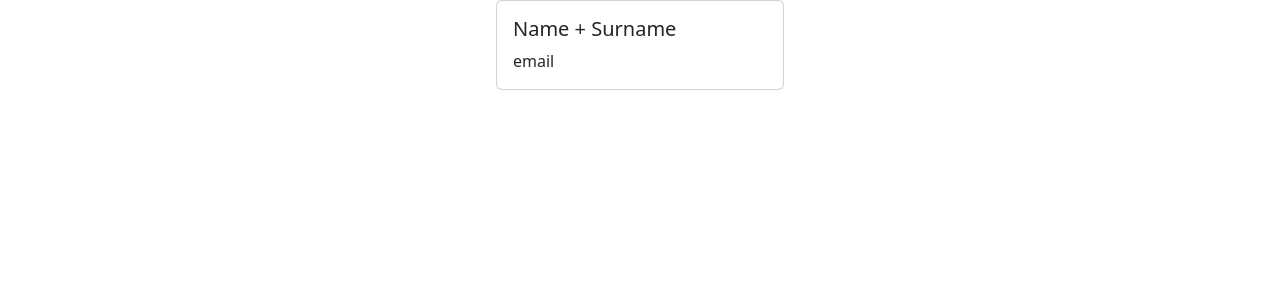
Repository: AndreyMykulych/javascript
Page: 14/index.html
The author's editor kept a copy of each file at every save. The page is drawn from the files as they stood at one save, then again after the next save.
The browser window is 1280 px wide. The pictures show the whole page.
The page's requests for data from a server got no answer.

Above is the page before, as saved 2023-05-11 00:28:47.

### 14/index.html
<!DOCTYPE html>
<html lang="en">
<head>
    <meta charset="UTF-8">
    <meta http-equiv="X-UA-Compatible" content="IE=edge">
    <meta name="viewport" content="width=device-width, initial-scale=1.0">
    <title>Document</title>
    <script src="https://cdn.jsdelivr.net/npm/axios/dist/axios.min.js"></script>
    <link href="https://cdn.jsdelivr.net/npm/bootstrap@5.3.0-alpha3/dist/css/bootstrap.min.css" rel="stylesheet" integrity="sha384-KK94CHFLLe+nY2dmCWGMq91rCGa5gtU4mk92HdvYe+M/SXH301p5ILy+dN9+nJOZ" crossorigin="anonymous">
    <script src="one.js" >

    </script>
</head>
<body>
    <div class="container d-flex justify-content-center" >
            <div class="card"  style="width: 18rem;">
                <div class="card-body ">
                    <h5 class="card-title">Name + Surname</h5>
                    <p class="card-text">email</p>
                 </div>

            </div>

    </div>
    <script src="https://cdn.jsdelivr.net/npm/bootstrap@5.3.0-alpha3/dist/js/bootstrap.bundle.min.js" integrity="sha384-ENjdO4Dr2bkBIFxQpeoTz1HIcje39Wm4jDKdf19U8gI4ddQ3GYNS7NTKfAdVQSZe" crossorigin="anonymous"></script>
</body>
</html>

### 14/one.js

window.onload = () => {

    axios
        .get(' https://jsonplaceholder.typicode.com/users')
        .then(function (response) { console.log(response.data); })
        .catch((error) => {
            console.log(error)
        })

}

After the next save:
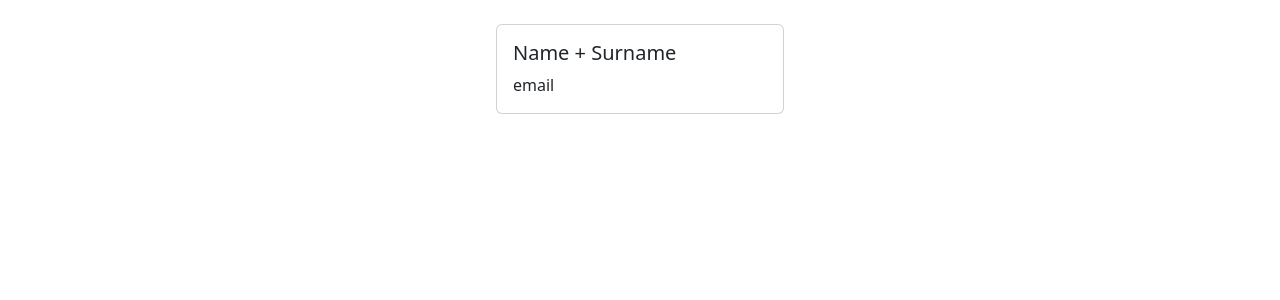
Saved 25 s later.
--- a/14/index.html
+++ b/14/index.html
@@ -13,7 +13,7 @@
 </head>
 <body>
     <div class="container d-flex justify-content-center" >
-            <div class="card"  style="width: 18rem;">
+            <div class="card mt-4"  style="width: 18rem;">
                 <div class="card-body ">
                     <h5 class="card-title">Name + Surname</h5>
                     <p class="card-text">email</p>
